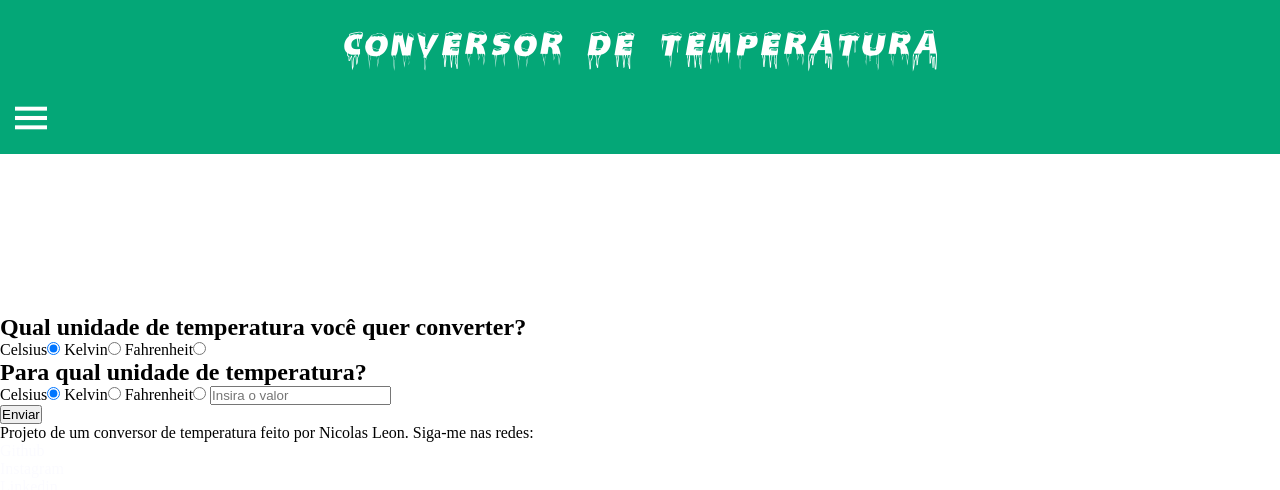
Repository: Leonngc/Conversor-de-temperatura
Page: index.html
These files come from the project's save history. The page is drawn as it stood at one moment and after the next save; the edit follows.
The browser window is 1280 px wide. The pictures show the whole page.
Some web libraries are served in a nearby version.

Above is the page before, as saved 2023-02-10 20:26:46.

### index.html
<!DOCTYPE html>
<html lang="pt-br">
<head>
    <meta charset="UTF-8">
    <meta http-equiv="X-UA-Compatible" content="IE=edge">
    <meta name="viewport" content="width=device-width, initial-scale=1.0">
    <link rel='stylesheet' href='https://cdn-uicons.flaticon.com/uicons-bold-straight/css/uicons-bold-straight.css'>
    <link rel="stylesheet" href="style.css">
    <title>Conversor de temperatura</title>
</head>
<body>
    <header>
        <h1>Conversor de Temperatura</h1>
        <button id="menu-button"><i class="fi fi-bs-menu-burger"></i></button>

        <menu>
            <ul id="links-menu">
                <li><a href="">Sobre a página</a></li>
                <li><a href="">História</a></li>
                <li><a href="">Outros Projetos</a></li>
            </ul>
        </menu>
    </header>

    <main>
       <form>
        <h2>Qual unidade de temperatura você quer converter?</h2>
        <label for="celsius">Celsius</label><input type="radio" name="unidade" id="celsius" checked>
        <label for="kelvin">Kelvin</label><input type="radio" name="unidade" id="kelvin">
        <label for="fahrenheit">Fahrenheit</label><input type="radio" name="unidade" id="fahrenheit">
        <br>
       </form>
       <form>
        <h2>Para qual unidade de temperatura?</h2>
        <label for="cel-res">Celsius</label><input type="radio" name="unidade" id="celsius" checked>
        <label for="kelvin">Kelvin</label><input type="radio" name="unidade" id="kel-res">
        <label for="fahrenheit">Fahrenheit</label><input type="radio" name="unidade" id="fah-res">
        <input type="number" name="graus" id="graus" placeholder="Insira o valor">
       </form>
       <button id="submit">Enviar</button>
    </main>

    <footer>
        <p>Projeto de um conversor de temperatura feito por Nicolas Leon. Siga-me nas redes: </p>
        <ul>
            <li><a href="">Github</a></li>
            <li><a href="">Instagram</a></li>
            <li><a href="">Linkedin</a></li>
        </ul>
    </footer>
</body>
</html>

### style.css
@charset "UTF-8";
@import url('https://fonts.googleapis.com/css2?family= Dosis:wght@300 & display = swap');
@font-face {
    font-family: Title;
    src: url(fonts/IceCaps.ttf);
}

:root{
    --yellow: #F7FF58;
    --snow: #FBFBFF;
    --blackout: #040F16;
    --dosis: 'Dosis', sans-serif;
    --contrail:'Contrail One', cursive;
}

*{
    margin: 0;
    padding: 0;
    box-sizing: border-box;
}

header{
    background-color: #04A777;
    margin-bottom: 160px;
    max-width: 100vw;
    color: white;
}

header > h1{
    font-family: Title, sans-serif;
    font-weight: lighter;
    text-align: center;
    font-size: 45px;
    padding: 30px;
}

menu{
    background-color: #05C78D;
    padding: 20px;
    max-width: 100vw;
    display: none;
}

menu > ul{
    margin-left: 20px;
    font-size: 20px;
    font-family: var(--dosis);
    font-weight: bold;
    color: white;
}

menu > ul > li{
    padding: 5px;
}

li > a{
    text-decoration: none;
    color: #FBFBFF;
}

li > a:hover{
    color: #03583e;
    text-decoration: underline;
}

#menu-button{
    background-color: #03583e00;
    border: none;
    color: white;
    font-size: 32px;
    margin-left: 15px;
    margin-bottom: 12px;

}

After the next save:
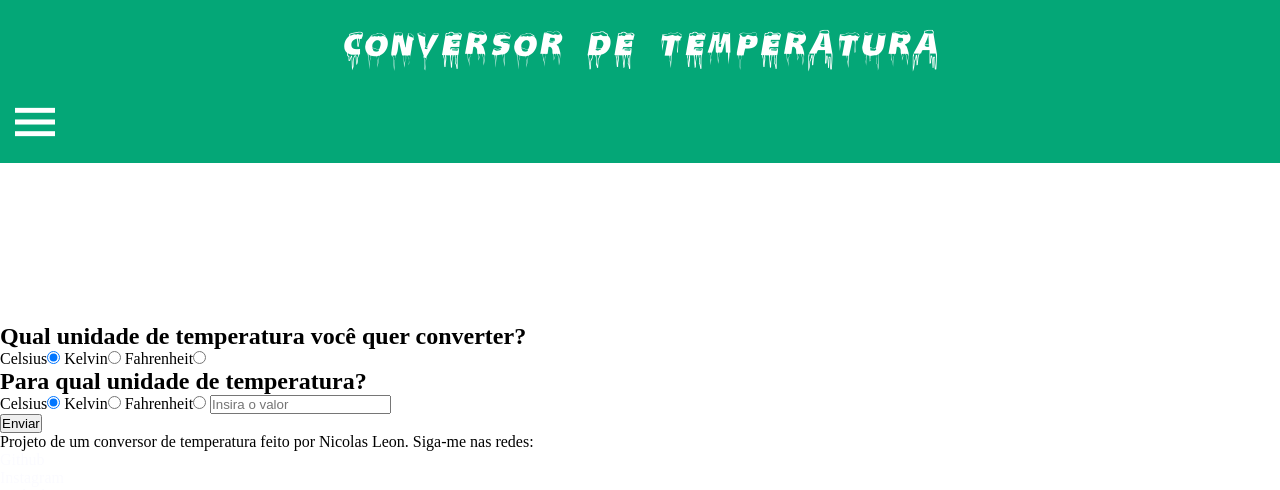
Saved 5 s later.
--- a/style.css
+++ b/style.css
@@ -67,7 +67,7 @@ li > a:hover{
     background-color: #03583e00;
     border: none;
     color: white;
-    font-size: 32px;
+    font-size: 40px;
     margin-left: 15px;
     margin-bottom: 12px;
 
